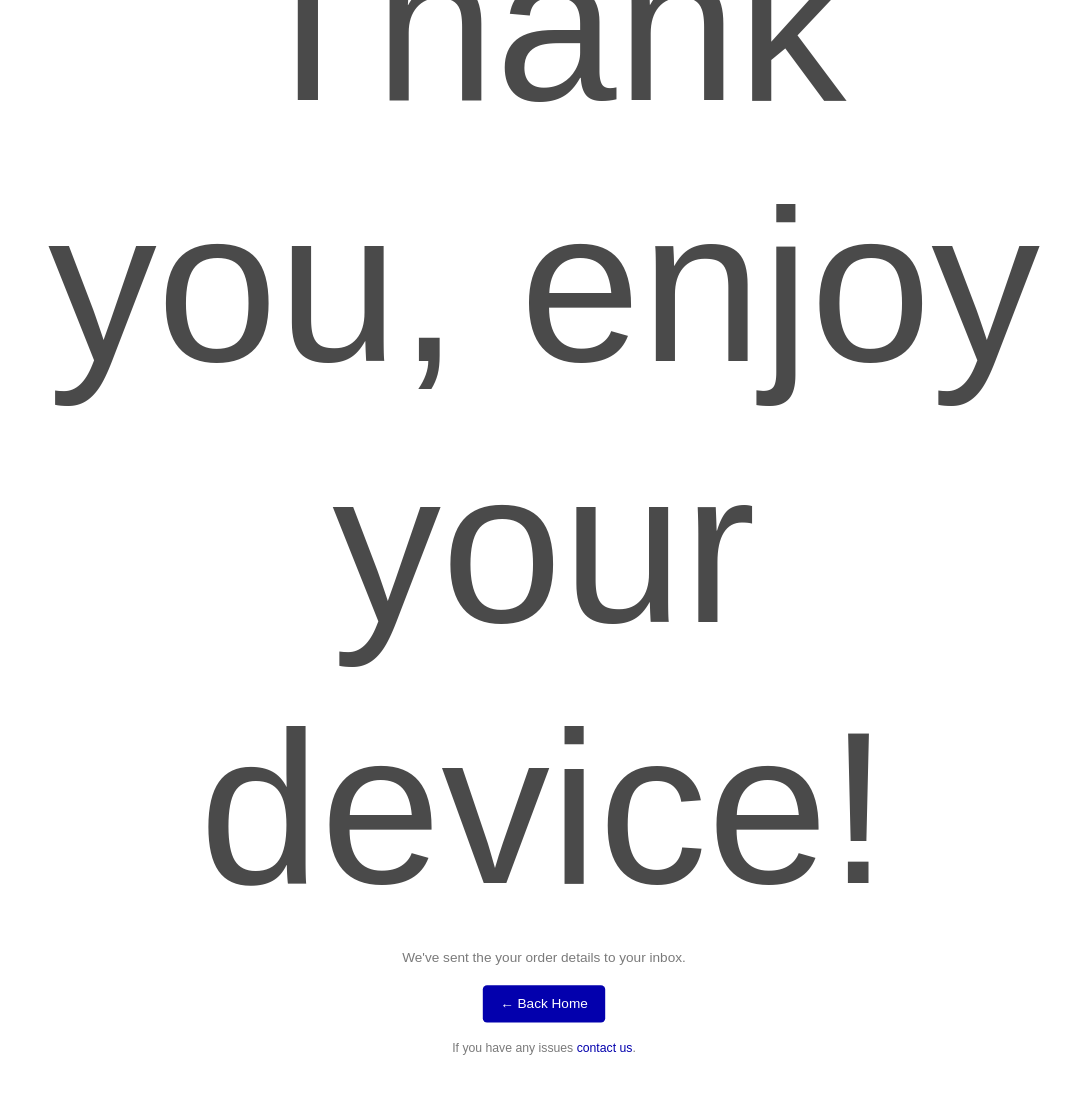
Repository: Davidobi21/macelect
Page: frontend/pages/thank-you.html
An editor plug-in stored every save of this project. The page is shown before and after the next save, followed by the edit.
The browser window is 1280 px wide. The pictures show the whole page, at 85% of full size.

Above is the page before, as saved 2025-05-01 05:27:59.

After the next save:
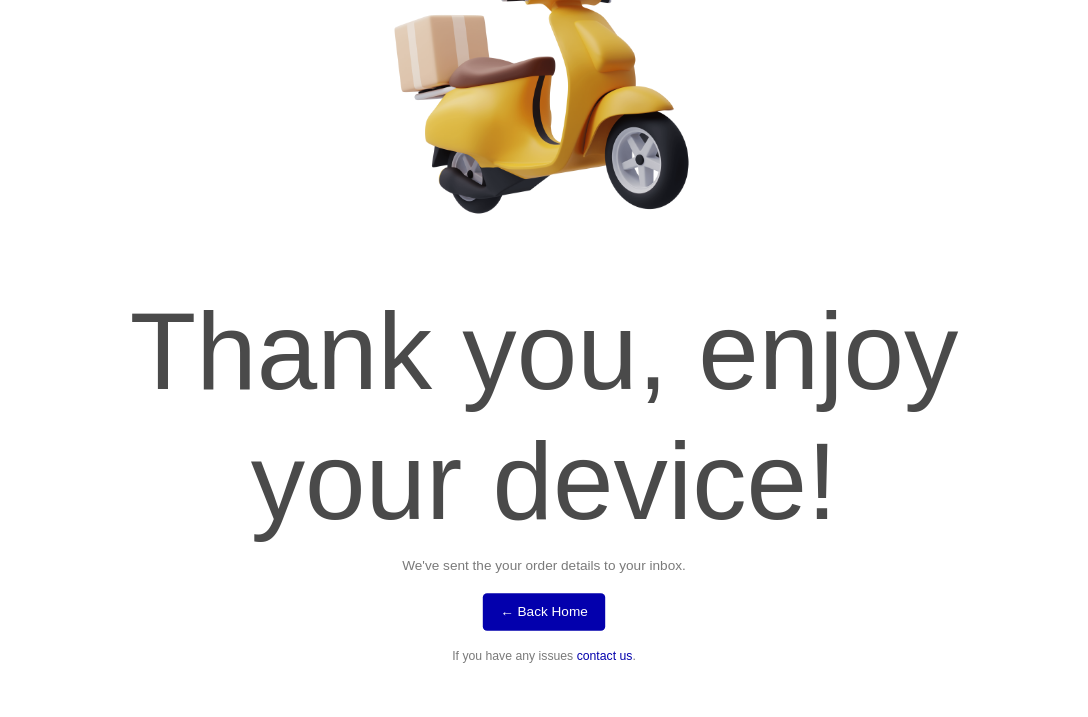
Saved 7 s later.
--- a/frontend/pages/thank-you.html
+++ b/frontend/pages/thank-you.html
@@ -24,7 +24,7 @@
       margin-bottom: 20px;
     }
     .thank-you-container h1 {
-      font-size: 16rem;
+      font-size: 8rem;
       color: #4a4a4a;
       margin-bottom: 10px;
     }
